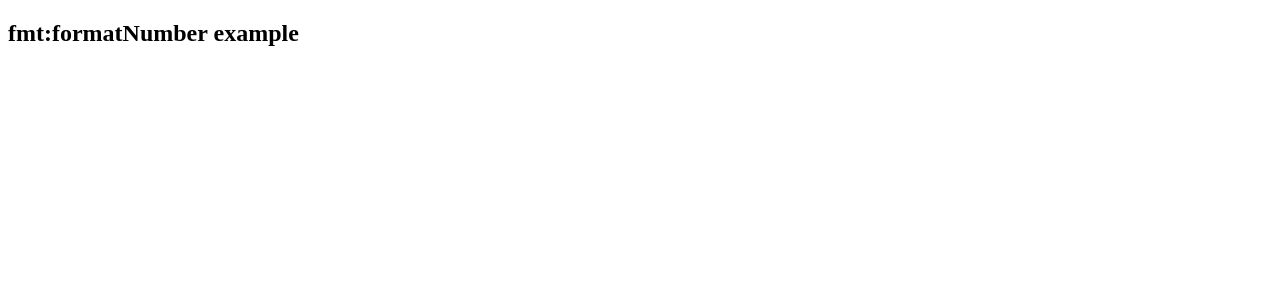
Repository: hoangkhanh2208/Jsp-Servlet-JDBC-Learn
Page: http://localhost/JSTLTutorial/fmt_formatNumber.jsp
The author's editor kept a copy of each file at every save. The page is drawn from the files as they stood at one save, then again after the next save.
The browser window is 1280 px wide. The pictures show the whole page.
The page is served by Tomcat 9.

Above is the page before, as saved 2021-05-26 04:24:59.

After the next save:
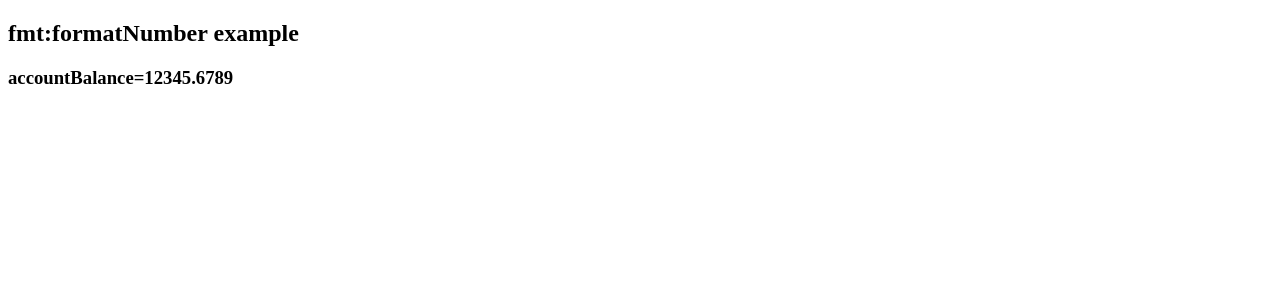
Saved 13 s later.
--- a/JSTLTutorial/src/main/webapp/fmt_formatNumber.jsp
+++ b/JSTLTutorial/src/main/webapp/fmt_formatNumber.jsp
@@ -11,5 +11,6 @@
 <body>
 	<h2>fmt:formatNumber example</h2>
 	<c:set var="accountBalance" value="12345.6789"></c:set>
+	 <h3>accountBalance=<c:out value="${accountBalance}"/></h3>
 </body>
 </html>
